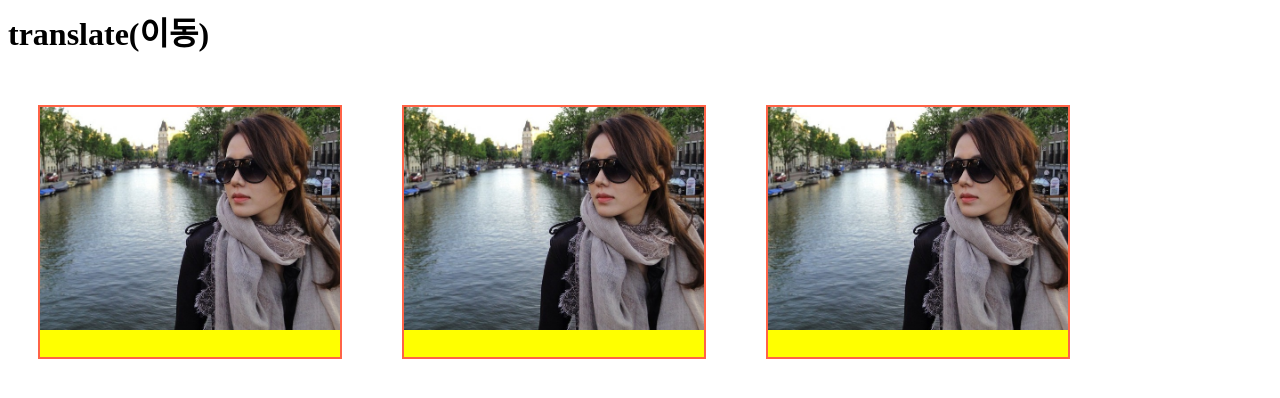
Repository: hojohe/bit-java
Page: 07_css/WebContent/14_transform/01_translate.htm
The author's editor kept a copy of each file at every save. The page is drawn from the files as they stood at one save, then again after a run of saves.
The browser window is 1280 px wide. The pictures show the whole page.

Above is the page before, as saved 2017-01-25 01:31:56.

### 07_css/WebContent/14_transform/01_translate.htm
<!--
변형 관련 스타일
   - 웹 요소의 위치를 옮기거나 크기를 조절하고 회전, 왜곡시키는 것


     ----------------------------   X축                         Z축
     |                                                        \
     |                                                         \
     |                                                          \
     |                                                           \
     |                                                             ---------  X축
     |                                                             |
     |                                                             |
     |         2차원 좌표                                                |     3차원 좌표
     |                                                             |
     |                                                             |

     Y축                                                                  Y축

   - X, Y 축 값이 커질수록 오른쪽, 아래쪽으로 내려감
   - Z 축은 값이 커질수록 앞으로 작을 수록 뒤로

1. transform: 변형함수 값
   - 변형함수
     1. translate(이동)
         1. translate(tx, ty)
         2. translate3d(tx, ty, tz)
         3. translateX(tx)
         4. translateY(ty)
         5. translateZ(tz)

     2. scale(확대 / 축소)
         1. scale(tx, ty)
         2. scale3d(tx, ty, tz)
         3. scaleX(tx)
         4. scaleY(ty)
         5. scaleZ(tz)

     3. rotate(회전)
         1. rotate(각도)
         2. rotate3d(tx, ty, tz, 각도)
            : tx, ty, tz - 축의 비율을 결정
         3. rotateX(각도)
         4. rotateY(각도)
         5. rotateZ(각도)
            : 각도가 양수일 경우 시계방향 회전, 음수는 반시계 방향

     4. skew(비틀기)
         1. skew(x각도, y각도) : y각도를 주지 않으면 0으로 설정됨
         2. skewX(x각도)
         3. skewY(y각도)

2. transform-origin: x축, y축 값;
     - x축 : 원점에서의 좌표나 길이 값이나 백분율, left, center, right
     - y축 : 원점에서의 좌표나 길이 값이나 백분율, top, center, bottom

 -->
<html>
<head>
<title> translate (이동) </title>
<meta charset="utf-8" />
<style>
	div {
		background: yellow;
		width: 300px;
		height: 250px;
		border: 2px solid tomato;
		float: left;
		margin: 30px;
	}

	img {
		width:300px;
	}
</style>
</head>
<body>
	<h1>translate(이동)</h1>
    <div id="x"><img src="../images/pic1.jpg" /></div>
    <div id="y"><img src="../images/pic1.jpg" /></div>
    <div id="all"><img src="../images/pic1.jpg" /></div>
</body>
</html>

After the next 3 saves:
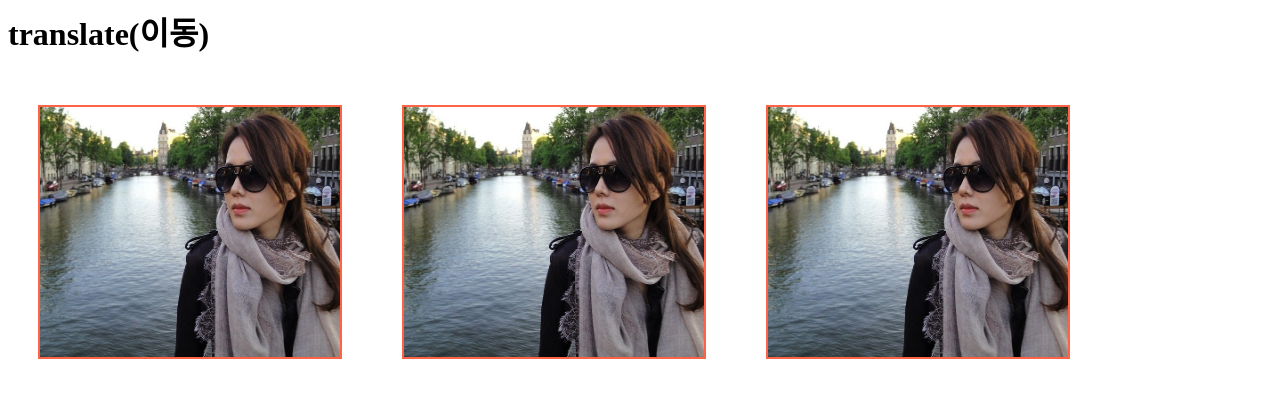
The 3 saves are shown as one change because they came seconds apart.
The last was saved 9 s later.
--- a/07_css/WebContent/14_transform/01_translate.htm
+++ b/07_css/WebContent/14_transform/01_translate.htm
@@ -70,7 +70,7 @@
 	}
 
 	img {
-		width:300px;
+		width: 300px; height: 250px;
 	}
 </style>
 </head>
